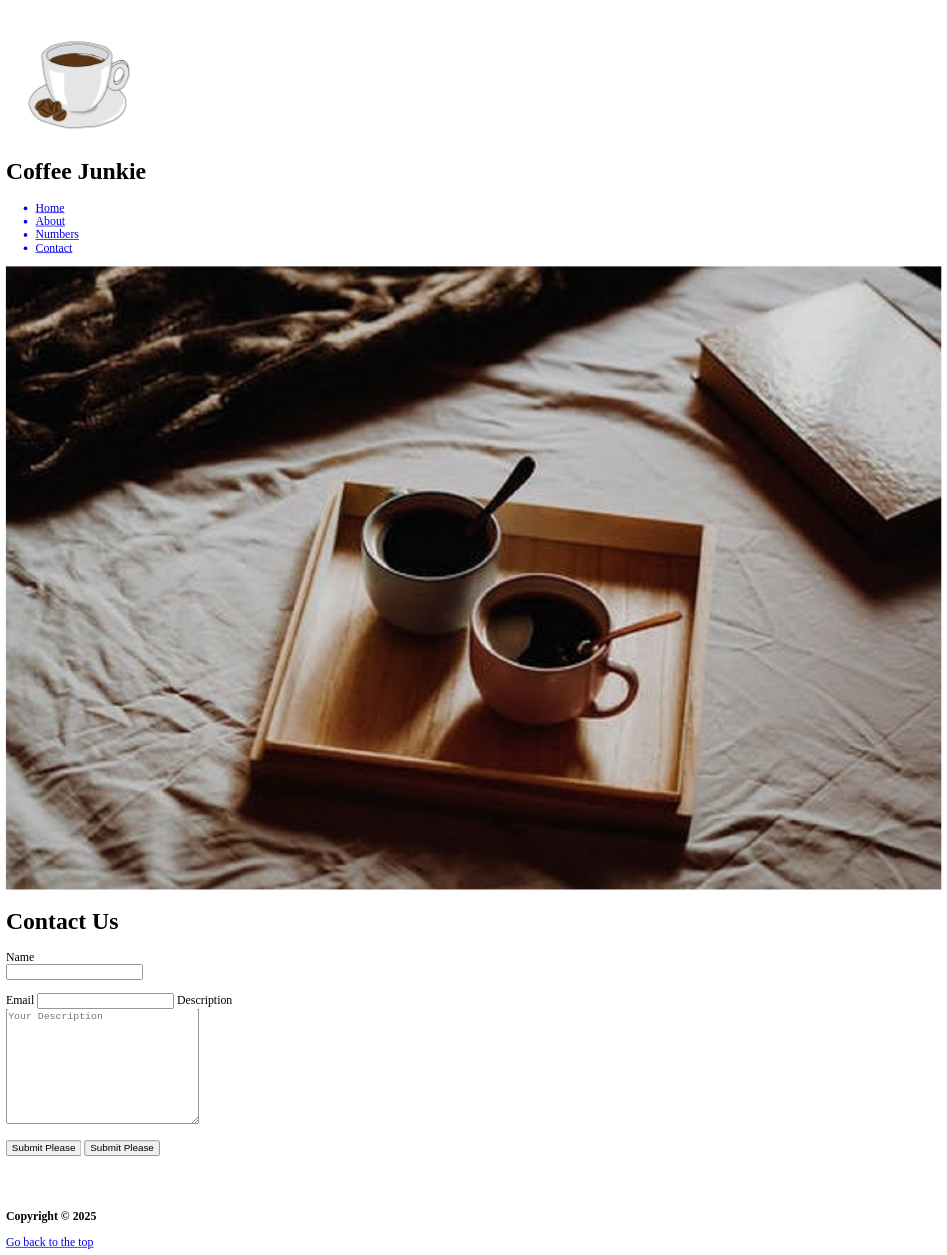
Repository: Tranghii/HTML-CSS
Page: HTML&CSS/miniExercise/contact.html
These files come from the project's save history. The page is drawn as it stood at one moment and after a run of saves; the edit follows.
The browser window is 1280 px wide. The pictures show the whole page, at 74% of full size.

Above is the page before, as saved 2025-10-11 22:33:43.

### HTML&CSS/miniExercise/contact.html
<!DOCTYPE html>
<html lang="en">
<head>
    <meta charset="UTF-8">
    <meta name="viewport" content="width=device-width, initial-scale=1.0">
    <title>Coffee Junkie Contact</title>
</head>
<body>
    <div>
        <img id="top" src="images/coffeelogo.png" height="180" alt="coffee">
        <h1>Coffee Junkie</h1>
        <ul>
            <a href="#"><li>Home</li></a>
            <a href="about.html"><li>About</li></a>
            <a href="number.html"><li>Numbers</li></a>
            <a href="contact.html"><li>Contact</li></a>
        </ul>
        <img src="images/coffeeimage.jpeg" width="100%" alt="coffee">

        <div id="contact">
            <form action="">
                <h1>Contact Us</h1>
                <label for="">Name</label> <br>
                <input type="text" name="Name" id="">
                <br><br>
                <label for="">Email</label>
                <input type="email" name="email" id="">
                <label for="">Description</label><br>
                <textarea name="" id="" cols="30" rows="10" placeholder="Your Description"></textarea><br><br>
            <input type="submit" name="" value="Submit Please">
            <button type="submit"> Submit Please</button>
            </form>
            <br><br><br><br>
            <strong>Copyright &copy; 2025</strong><br><br>
            <a href="#top">Go back to the top</a>
        </div>
    </div>


</body>
</html>

After the next 4 saves:
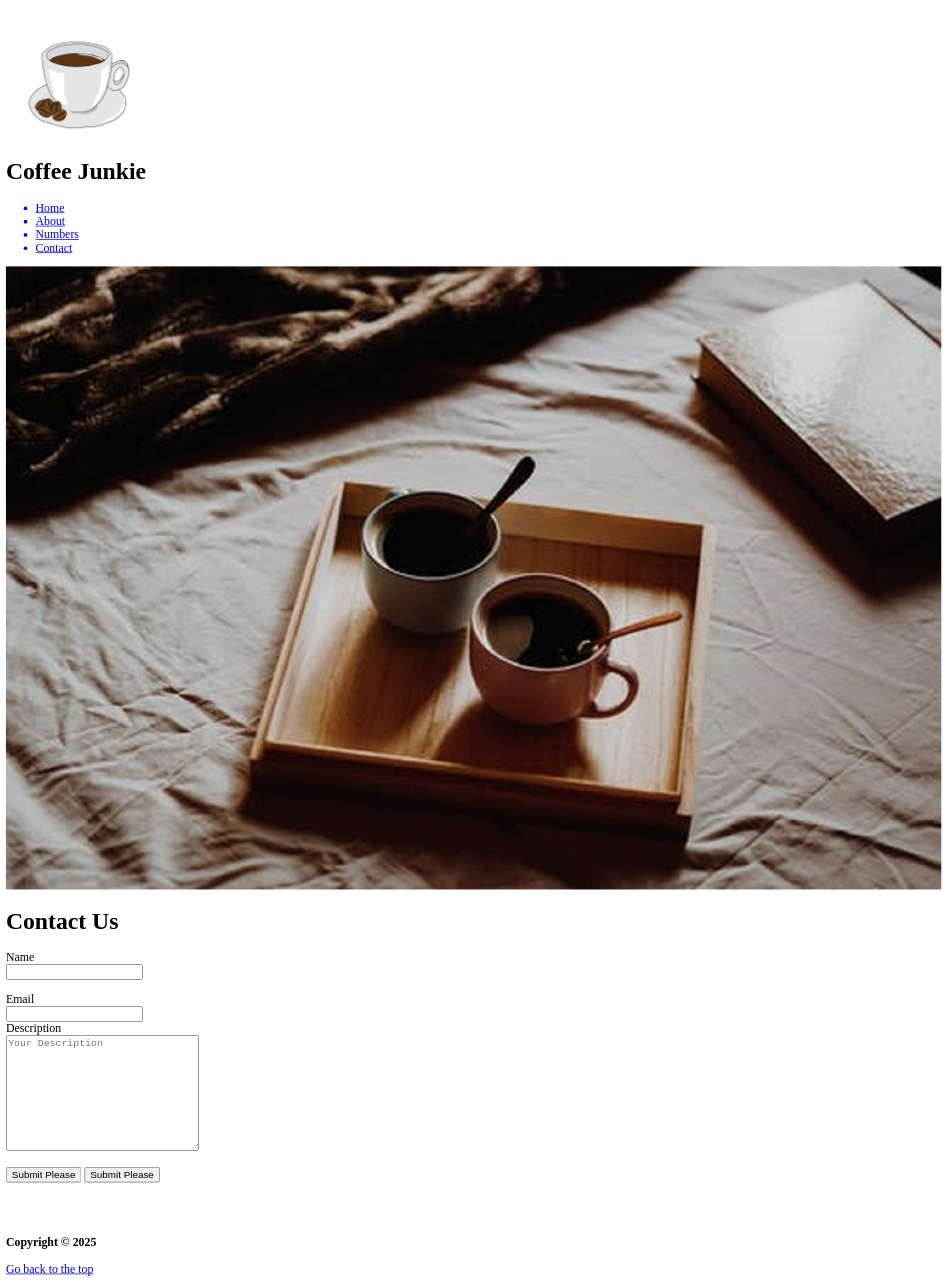
The 4 saves are shown as one change because they came seconds apart.
The last was saved 12 s later.
--- a/HTML&CSS/miniExercise/contact.html
+++ b/HTML&CSS/miniExercise/contact.html
@@ -23,8 +23,8 @@
                 <label for="">Name</label> <br>
                 <input type="text" name="Name" id="">
                 <br><br>
-                <label for="">Email</label>
-                <input type="email" name="email" id="">
+                <label for="">Email</label><br>
+                <input type="email" name="email" id=""><br>
                 <label for="">Description</label><br>
                 <textarea name="" id="" cols="30" rows="10" placeholder="Your Description"></textarea><br><br>
             <input type="submit" name="" value="Submit Please">
